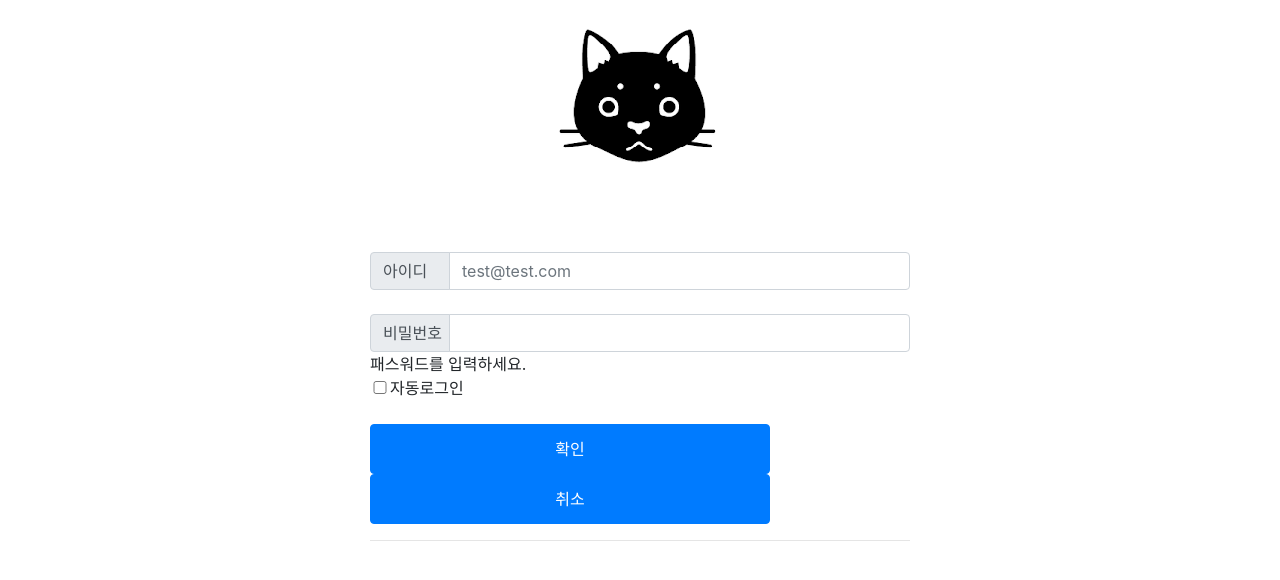
Repository: 0deepsleep/SpringMVCStudy
Page: http://localhost/TestProject/joinCheck.jsp
The author's editor kept a copy of each file at every save. The page is drawn from the files as they stood at one save, then again after the next save.
The browser window is 1280 px wide. The pictures show the whole page.
The page is served by Tomcat 9.

Above is the page before, as saved 2019-06-14 09:40:55.

### TestProject/WebContent/joinCheck.jsp
<%@ page contentType="text/html; charset=UTF-8"%>
<%@ taglib prefix="c" uri="http://java.sun.com/jsp/jstl/core" %>
<%
	request.setCharacterEncoding("UTF-8");
	String cp = request.getContextPath();
%>
<!DOCTYPE html>
<html>
<head>
<meta charset="UTF-8">
<title>joinCheck.jsp</title>
<link rel="stylesheet" href="https://stackpath.bootstrapcdn.com/bootstrap/4.3.1/css/bootstrap.min.css">
<style type="text/css">
	.bolck
	{
		width: 80px;
	}

	.btn
	{
		width: 400px;
		height: 50px
	}


	#err1
	{
		display: none;
		color: red;
		font-size: small;
	}

	*{text-align:left;}

</style>
<script type="text/javascript" src="https://ajax.googleapis.com/ajax/libs/jquery/3.4.1/jquery.min.js"></script>
<script type="text/javascript">

	$(document).ready(function()
	{
		$("#btn").click(function()
		{

			if($("#userId").val()=="" && $("#userPwd").val()=="")
			{
				$("#err1").css("display", "inline");
				$("#err2").css("display", "inline");
				return;
			}

			$("#err1").css("display", "none");

			if($("#userId").val()=="")
			{
				$("#err1").css("display", "inline");
				return;
			}

			$("#err2").css("display", "none");

			if( $("#userPwd").val()=="")
			{
				$("#err2").css("display", "inline");
				return;
			}

			$("#memberForm").submit();

		});


	});
</script>
</head>
<body>

<div class="text-center container">
	<img src="<%=cp %>/img/cat.png" class="rounded" alt="" >
  <div class="row" style="margin-top: 60px;">
  	<div class="col-md-6 offset-md-3">
  		<div class="input-group" id="memberForm">
	  		<div class="input-group-prepend">
		    	<span class="input-group-text bolck">아이디</span>
		    </div>
		  <input type="text" id="userId" name="userId" class="form-control"
		  required="required" placeholder="test@test.com">
		    </div>
		    <span id="err1">아이디를 입력해주세요.</span><br>

		<div class="input-group" id="memberForm">
	  		<div class="input-group-prepend">
		    	<span class="input-group-text bolck">비밀번호</span>
		    </div>
		  	<input type="password" id="userPwd" name="userPwd" class="form-control"
		  required="required" >
		</div>
		<span id="err">패스워드를 입력하세요.</span>
		<br><input type="checkbox" style="width: 20px;">자동로그인

		<br><br>
		<button type="button" id="btn" name="btn" class="btn-primary btn">확인</button>
		<button type="button" id="btn" name="btn" class="btn-primary btn">취소</button>
		<br><hr />

	</div>
  </div>
</div>

</body>
</html>

After the next save:
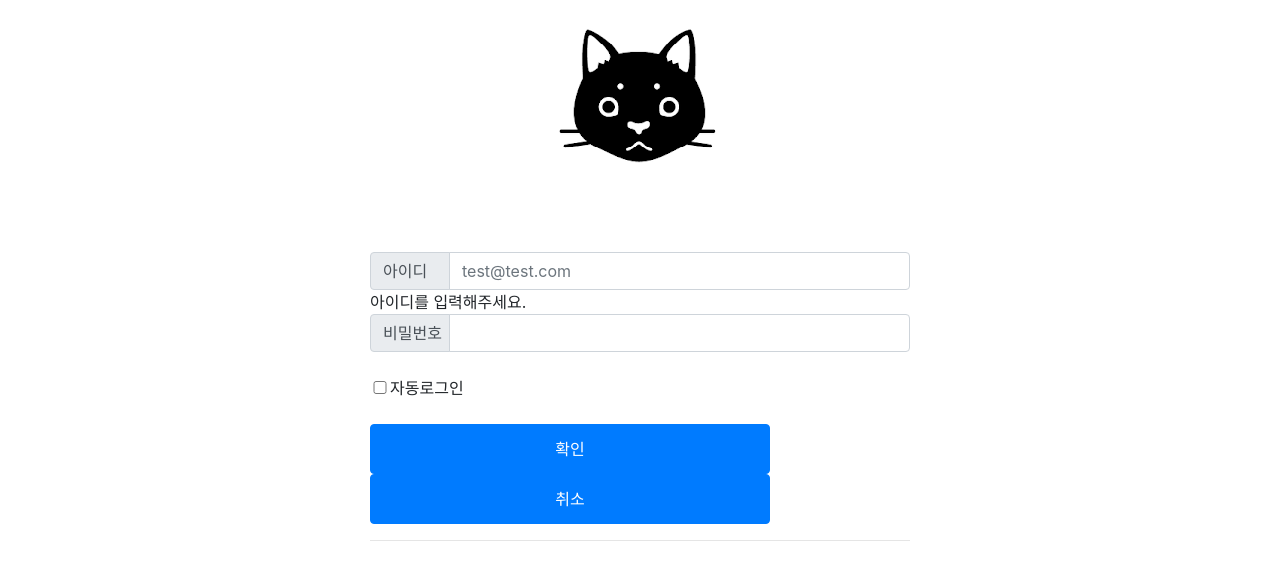
Saved 2 s later.
--- a/TestProject/WebContent/joinCheck.jsp
+++ b/TestProject/WebContent/joinCheck.jsp
@@ -23,7 +23,7 @@
 	}
 
 
-	#err1
+	#err
 	{
 		display: none;
 		color: red;
